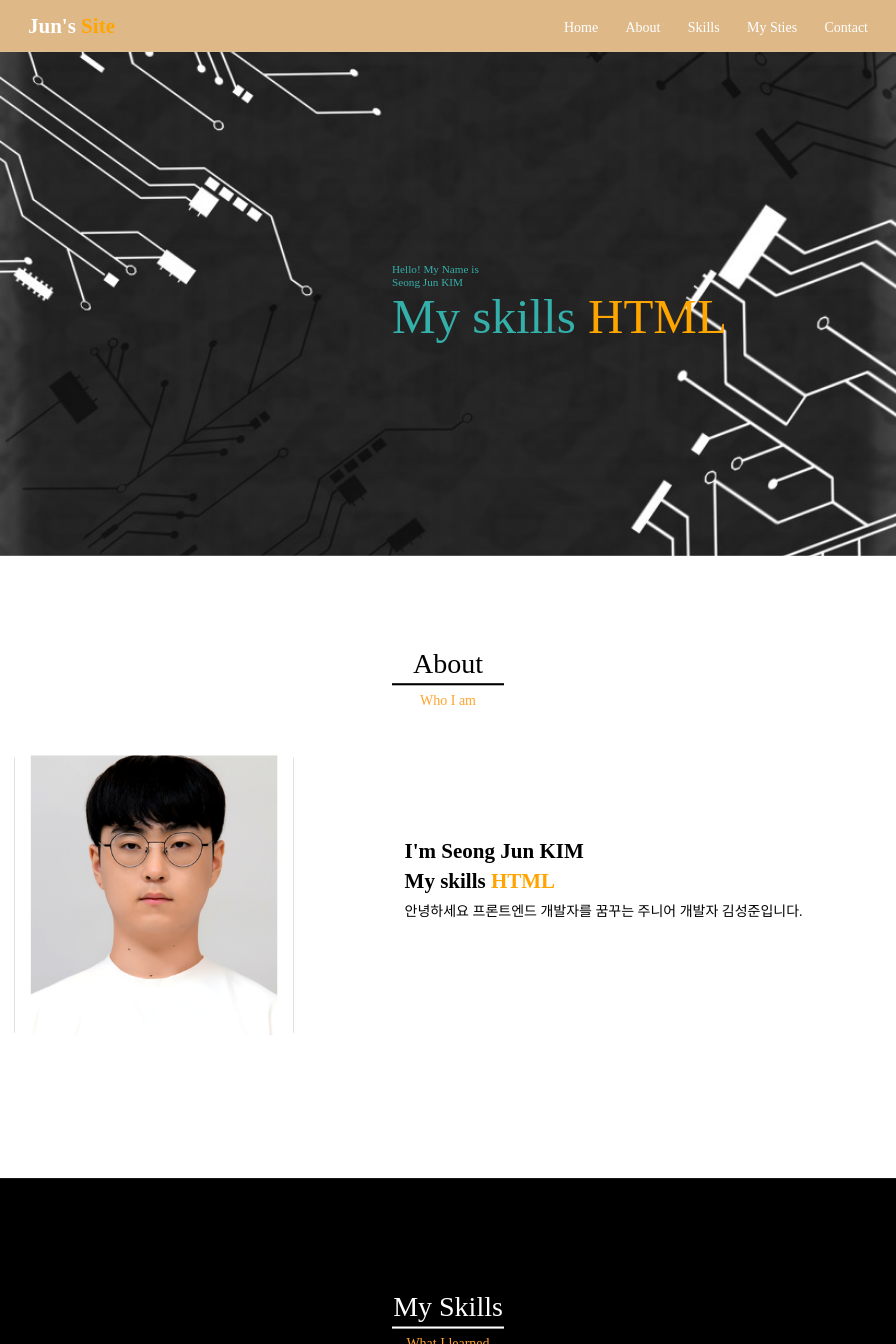
Repository: jun01270/jun
Page: index.html
These files come from the project's save history. The page is drawn as it stood at one moment and after the next save; the edit follows.
The browser window is 1280 px wide. The pictures show the part of the page from y = 0 to 1920 px (the page is 3823 px tall), at 70% of full size.
Some web libraries are served in a nearby version.

Above is the page before, as saved 2023-05-15 11:12:57.
Console error: ReferenceError: $ is not defined

### index.html
<!DOCTYPE html>
<html lang="en">
  <head>
    <meta charset="UTF-8" />
    <meta http-equiv="X-UA-Compatible" content="IE=edge" />
    <meta name="viewport" content="width=device-width, initial-scale=1.0" />
    <link rel="stylesheet" href="./css/style.css" />
    <link rel="stylesheet" href="./css/home.css" />
    <link rel="stylesheet" href="./css/about.css" />
    <link rel="stylesheet" href="./css/skills.css" />
    <link rel="stylesheet" href="./css/mysites.css" />
    <link rel="stylesheet" href="./css/contact.css" />

    <script
      src="https://kit.fontawesome.com/252eac6dbf.js"
      crossorigin="anonymous"
    ></script>
    <title>Jun's site</title>
  </head>
  <body>
    <nav class="navbar">
      <div class="max-width">
        <div class="logo">
          <a href="#home">Jun's <span>Site</span></a>
        </div>
        <ul class="menu-bar">
          <li><a href="#home" class="menu-btn" id="homeID">Home</a></li>
          <li><a href="#about" class="menu-btn" id="homeID">About</a></li>
          <li><a href="#skills" class="menu-btn">Skills</a></li>
          <li><a href="#my-sites" class="menu-btn">My Sties</a></li>
          <li><a href="#contact" class="menu-btn">Contact</a></li>
        </ul>
      </div>
    </nav>

    <!--home섹션-->
    <section class="home" id="home">
      <div class="max-width">
        <div class="home-section">
          <div class="text-1">Hello! My Name is</div>
          <div class="text-2">Seong Jun KIM</div>
          <div class="text-3">My skills <span class="typing1">HTML</span></div>
        </div>
      </div>
    </section>

    <!--about섹션-->
    <section class="about" id="about">
      <div class="max-width">
        <h2 class="title">About</h2>
        <div class="about-content">
          <div class="left-column"><img src="./img/profile.jpg" /></div>
          <div class="right-column">
            <div class="about-text">I'm Seong Jun KIM</div>
            <div class="about-skills">
              My skills <span class="typing2">HTML</span>
            </div>
            <p>
              안녕하세요 프론트엔드 개발자를 꿈꾸는 주니어 개발자 김성준입니다.
            </p>
          </div>
        </div>
      </div>
    </section>

    <!--skills섹션-->
    <section class="skills" id="skills">
      <div class="max-width">
        <h2 class="title">My Skills</h2>
        <div class="skills-content">
          <div class="left-column">
            <div class="skills-text">
              <div class="sub-title">My skills & Experience</div>
              <p>HTML, Css, js , react를 다루고 있습니다.</p>
            </div>
          </div>
          <div class="right-column">
            <div class="bars">
              <div class="bars-content">
                <span>HTML</span>
                <span>90%</span>
              </div>
              <div class="line html"></div>
            </div>
            <div class="bars">
              <div class="bars-content">
                <span>Css</span>
                <span>80%</span>
              </div>
              <div class="line css"></div>
            </div>
            <div class="bars">
              <div class="bars-content">
                <span>JavaScript</span>
                <span>80%</span>
              </div>
              <div class="line js"></div>
            </div>
            <div class="bars">
              <div class="bars-content">
                <span>React</span>
                <span>80%</span>
              </div>
              <div class="line react"></div>
            </div>
          </div>
        </div>
      </div>
    </section>

    <!--My sties섹션-->
    <section class="my-sites">
      <div class="max-width">
        <h2 class="title">My Sites</h2>
        <div class="my-sites-content">
          <div class="left-column">
            <a href="https://web-jun.tistory.com/" target="_blank">
              <div class="site">
                <div class="site-images">
                  <img src="/img/blog.jpg" alt="" />
                  <div class="site-text">BLOG</div>
                  <p>개발하는 블로그입니다.</p>
                </div>
              </div>
            </a>
          </div>
          <div class="right-column">
            <a href="https://github.com/jun01270" target="_blank">
              <div class="site">
                <div class="site-images">
                  <img src="/img/github.jpg" alt="" />
                  <div class="site-text">BLOG</div>
                  <p>깃허브 사이트입니다.</p>
                </div>
              </div>
            </a>
          </div>
        </div>
      </div>
    </section>

    <!--Contact 섹션-->
    <section class="contact">
      <div class="max-width">
        <h2 class="title">Contact me</h2>
        <div class="contact-content">
          <div class="left column">
            <div class="contact-text">My information</div>
            <p>
              동양미래대학교 컴퓨터소프트웨어공학과를 졸업하여 프론트엔드
              개발자가 되고싶은 주니어 개발자입니다.
            </p>
            <div class="icons-content">
              <i class="fas fa-user"></i>
              <div class="info">
                <div class="head">Name</div>
                <div class="tail">Seong Jun KIM</div>
              </div>
            </div>
            <div class="icons-content">
              <i class="fas fa-envelope"></i>
              <div class="info">
                <div class="head">E-mail</div>
                <div class="tail">kimsj012731@gmail.com</div>
              </div>
            </div>
            <div class="icons-content">
              <i class="fas fa-map-marked-alt"></i>
              <div class="info">
                <div class="head">Address</div>
                <div class="tail">경기도 광명시</div>
              </div>
            </div>
          </div>
          <div class="right column">
            <div class="contact-text">Message Me!</div>
            <form action="#">
              <div class="fields">
                <div class="field name">
                  <input type="text" placeholder="Name" />
                </div>
                <div class="field Email">
                  <input type="email" placeholder="E-mail" />
                </div>
              </div>
              <div class="field subject">
                <input type="text" placeholder="Subject" />
              </div>
              <div class="field contact-area">
                <textarea
                  cols="30"
                  rows="10"
                  placeholder="Contact.. "
                  required
                ></textarea>
              </div>
              <div class="button">
                <button type="submit">Send Message</button>
              </div>
            </form>
          </div>
        </div>
      </div>
    </section>

    <!--Footer섹션-->
    <footer></footer>

    <!--JS섹션-->
    <script src="./js/script.js"></script>
  </body>
</html>

### css/style.css
@import url("https://fonts.googleapis.com/css2?family=Lora&display=swap");

* {
  margin: 0;
  padding: 0;
  box-sizing: border-box;
  text-decoration: none;
}

.home .about .skills .my-sites .contact {
  padding-top: 86px;
}

html {
  scroll-behavior: smooth;
}

.max-width {
  max-width: 1300px;
  padding: 0 20px;
  margin: auto;
}

.section {
  padding: 100px 0;
}

/* .about, .skills, .my-sites, .contact, .footer{
    //폰트삽입
} */

.about .title,
.skills .title,
.my-sites .title,
.contact .title {
  position: relative;
  text-align: center;
  font-size: 40px;
  font-weight: 500;
  margin: 30px 0 100px 0;
  padding-bottom: 8px;
}

.about .title::before,
.skills .title::before,
.my-sites .title::before,
.contact .title::before {
  content: "";
  position: absolute;
  bottom: 0px;
  left: 50%;
  width: 160px;
  height: 3px;
  background-color: black;
  transform: translateX(-50%);
}

.title::after {
  content: "";
  position: absolute;
  bottom: -38px;
  left: 50%;
  font-size: 20px;
  color: rgb(255, 164, 45);
  padding: 5px;
  background-color: white;
  transform: translateX(-50%);
}

.about .about-content,
.skills .skills-content,
.my-sites .my-sites-content,
.contact .contact-content {
  display: flex;
  align-items: center;
  flex-wrap: wrap;
  justify-content: space-between;
}

.navbar {
  position: relative;
  width: 100%;
  padding: 20px 0;
  z-index: 999;
  transition: all 0.3s ease;
  background-color: burlywood;
}

.navbar .max-width {
  display: flex;
  align-items: center;
  justify-content: space-between;
}

.navbar .logo {
  font-size: 30px;
  font-weight: 600;
  margin-left: 20px;
  color: black;
}

.navbar .logo a {
  color: white;
  text-decoration: none;
}

.navbar .logo a span {
  color: orange;
  transition: all 0.3s ease;
}

.navbar .menu-bar li {
  list-style: none;
  margin: 5px 20px 0 0;
  display: inline-block;
}

.navbar .menu-bar li a {
  display: block;
  text-decoration: none;
  font-size: 20px;
  font-weight: 500;
  margin-left: 15px;
  transition: all 0.3s ease;
}

.menu-bar li:hover {
  background-color: orange;
  border-radius: 3px;
}

.navbar.sticky {
  padding: 20px 0;
  background-color: black;
}

.navbar.sticky .logo a span {
  color: white;
}

.navbar.sticky .menu-bar li a:hover {
  color: white;
}

.navbar .menu-btn {
  color: white;
  font-size: 25px;
  display: none;
  cursor: pointer;
}

@media screen and (max-width: 700px) {
  .navbar {
    flex-direction: column;
    align-items: flex-start;
    margin: 0;
  }

  .menu-bar {
    flex-direction: column;
    align-items: center;
    width: 100%;
  }

  .menu-bar li {
    width: 100%;
    text-align: center;
  }
}

### css/home.css
.home {
  display: flex;
  height: 100vh;
  min-height: 500px;
  color: rgb(52, 175, 169);
  background: url("../img/back.jpg") no-repeat center;
  background-size: cover;
}

.home .max-width {
  margin: auto 0 auto 40px;
}

.home .home-section {
  margin-left: 500px;
}

.home .home-section .text1 {
  font-size: 60px;
}

.home .home-section .text2 {
  font-size: 100px;
  font-weight: 600;
}

.home .home-section .text-3 {
  font-size: 70px;
}

.home .home-section .text-3 span {
  color: orange;
  font-weight: 500;
}

### css/about.css
.about {
  padding: 100px 0;
  transition: all 0.3s ease;
}

.about .title::after {
  content: "Who I am";
  background-color: white;
}

.about .about-content {
  margin-bottom: 100px;
}

.about .about-content .left-column {
  width: 45%;
}

.about .about-content .left-column img {
  height: 400px;
  width: 400px;
  object-fit: cover;
  border-radius: 6px;
}

.about .about-content .right-column {
  width: 55%;
  margin-bottom: 50px;
}

.about .about-content .right-column .about-text,
.about .about-content .right-column .about-skills {
  font-size: 30px;
  font-weight: 600;
  margin-bottom: 10px;
}

.about .about-content .right-column .about-skills span {
  color: orange;
}

.about .about-content .right-column P {
  text-align: justify;
  font-size: 20px;
}

### css/skills.css
.skills {
  padding: 100px 0;
  transition: all 0.3s ease;
}

.skills .title {
  padding-top: 30px;
}

.skills .title::before {
  background-color: white;
}

.skills .title::after {
  content: "What I learned";
  background-color: black;
}

.skills {
  color: white;
  background-color: black;
  padding-bottom: 100px;
}

.skills .sub-title {
  font-size: 30px;
  font-weight: 600;
  padding-bottom: 10px;
}

.skills .skills-content .left-column,
.skills .skills-content .right-column {
  width: calc(50% - 30px);
}

.skills .skills-content .left-column .skills-text {
  font-size: 23px;
  font-weight: 300;
  margin: 0 0 20px 10px;
  text-align: justify;
}

.skills .skills-content .left-column p {
  font-size: 20px;
}

.skills .skills-content .right-column .bars {
  margin-bottom: 15px;
}

.skills .skills-content .right-column .bars-content {
  display: flex;
  margin-bottom: 5px;
  align-items: center;
  justify-content: space-between;
}

.skills .skills-content span {
  font-size: 23px;
  font-weight: 600;
}

.skills .skills-content .right-column .line {
  height: 5px;
  background-color: white;
  width: 100%;
  position: relative;
}

.skills .skills-content .right-column .line::before {
  content: "";
  position: absolute;
  height: 100%;
  left: 0;
  top: 0;
  background-color: crimson;
}

.skills .skills-content .right-column .html::before {
  width: 90%;
}

.skills .skills-content .right-column .css::before {
  width: 65%;
}

.skills .skills-content .right-column .js::before {
  width: 68%;
}

.skills .skills-content .right-column .react::before {
  width: 80%;
}

### css/mysites.css
.my-sites {
  padding: 100px 0;
  transition: all 0.3s ease;
}

.my-sites .title::after {
  content: "What Is My Site ";
}

.my-sites .my-sites-content {
  margin-bottom: 100px;
}

.my-sites .my-sites-content .left-column {
  margin-left: 20%;
}

.my-sites .my-sites-content .right-column {
  margin-right: 20%;
}

.my-sites .my-sites-content a {
  display: flex;
  text-align: center;
  color: black;
}

.my-sites .my-sites-content a,
.my-sites .my-sites-content a:visited,
.my-sites .my-sites-content a:active,
.my-sites .my-sites-content a:hover {
  text-decoration: none;
}

.my-sites .my-sites-content .site {
  background-color: white;
  border-radius: 6px;
  padding: 25px 35px;
  transition: all 0.3s ease;
}

.my-sites .my-sites-content .site img {
  height: 150px;
  width: 150px;
  object-fit: cover;
  border-radius: 50%;
  border: 5px solid rgb(255, 164, 45);
  transition: all 0.3 ease;
}

.my-sites .my-sites-content .site-text {
  font-size: 25px;
  font-weight: 600;
}

.my-sites .my-sites-content p {
  font-size: 18px;
  text-align: justify;
}

.my-sites .my-sites-content .site:hover {
  background-color: rgb(25, 8, 53);
  color: white;
  transform: scale(1.05);
}

.my-sites .my-sites-content .site:hover img {
  border-color: white;
}

### css/contact.css
.contact {
  color: white;
  background-color: rgb(25, 8, 53);
  padding-bottom: 50px;
  padding: 100px 0;
  transition: all 0.3s ease;
}

.contact .title {
  padding-top: 40px;
  margin-bottom: 120px;
  color: white;
}

.contact .title::before {
  background-color: white;
}

.contact .title::after {
  content: "How to Contact Me";
  background-color: rgb(25, 8, 53);
}

.contact .contact-content .column {
  width: 45%;
}

.contact .contact-content .contact-text {
  font-size: 25px;
  font-weight: 600;
  padding-bottom: 10px;
}

.contact .contact p {
  font-size: 15px;
  text-align: justify;
}

.contact .contact-content .left .icons {
  margin: 15px 0;
}

.contact .contact-content .icons-content {
  display: flex;
  align-items: center;
  height: 60px;
}

.contact .contact-content .icons-content i {
  margin-right: 20px;
  font-size: 25px;
  color: rgb(255, 164, 45);
}

.contact .contact-content .icons-content .info .head {
  font-weight: 600;
  font-size: 15px;
}

.contact .contact-content .icons-content .info .tail {
  color: rgb(230, 220, 220);
}

.contact .contact-content .fields {
  display: flex;
}

.contact .contact-content .field,
.contact .contact-content .fields .field {
  height: 40px;
  width: 100%;
  margin-bottom: 15px;
}

.contact .contact-content .right {
  margin-bottom: 50px;
}

.contact .contact-content .right .contact-area {
  height: 80px;
  width: 100%;
}

.contact .right form .name {
  margin-right: 10px;
}

.contact .right form .email {
  margin-left: 10px;
}

.contact .right form .field input,
.contact .right form .contact-area textarea {
  height: 100%;
  width: 100%;
  border: 1px solid rgb(255, 164, 45);
  border-radius: 6px;
  outline: none;
  padding: 0 15px;
  font-size: 15px;
}

.contact .right form .contact-area textarea {
  padding-top: 10px;
  resize: none;
}

.contact .right form .button {
  height: 40px;
  width: 120px;
}

.contact .right form .button button {
  width: 100%;
  height: 100%;
  border: 2px solid rgb(255, 164, 45);
  background-color: rgb(255, 164, 45);
  border-radius: 6px;
  font-size: 15px;
  font-weight: 600;
  transition: all 0.3s ease;
}

.contact .right form .button button:hover {
  color: rgb(255, 164, 45);
  background: none;
}

### js/script.js
$(document).ready(function () {
  $(window).scroll(function () {
    if (this.scrollY > 20) {
      $("navbar").addClass("sticky");
    } else {
      $("navbar").removeClass("sticky");
    }
  });
});

$(".menu-btn").click(function () {
  $(".navbar .menu-bar").toggleClass("active");
  $("menu-btn i").toggleClass("active");
});

var typed = new Typed(".typing1", {
  strings: ["HTML", "Css", "Java Script", "React"],
  typeSpeed: 100,
  backSpeed: 60,
  loop: true,
});

After the next save:
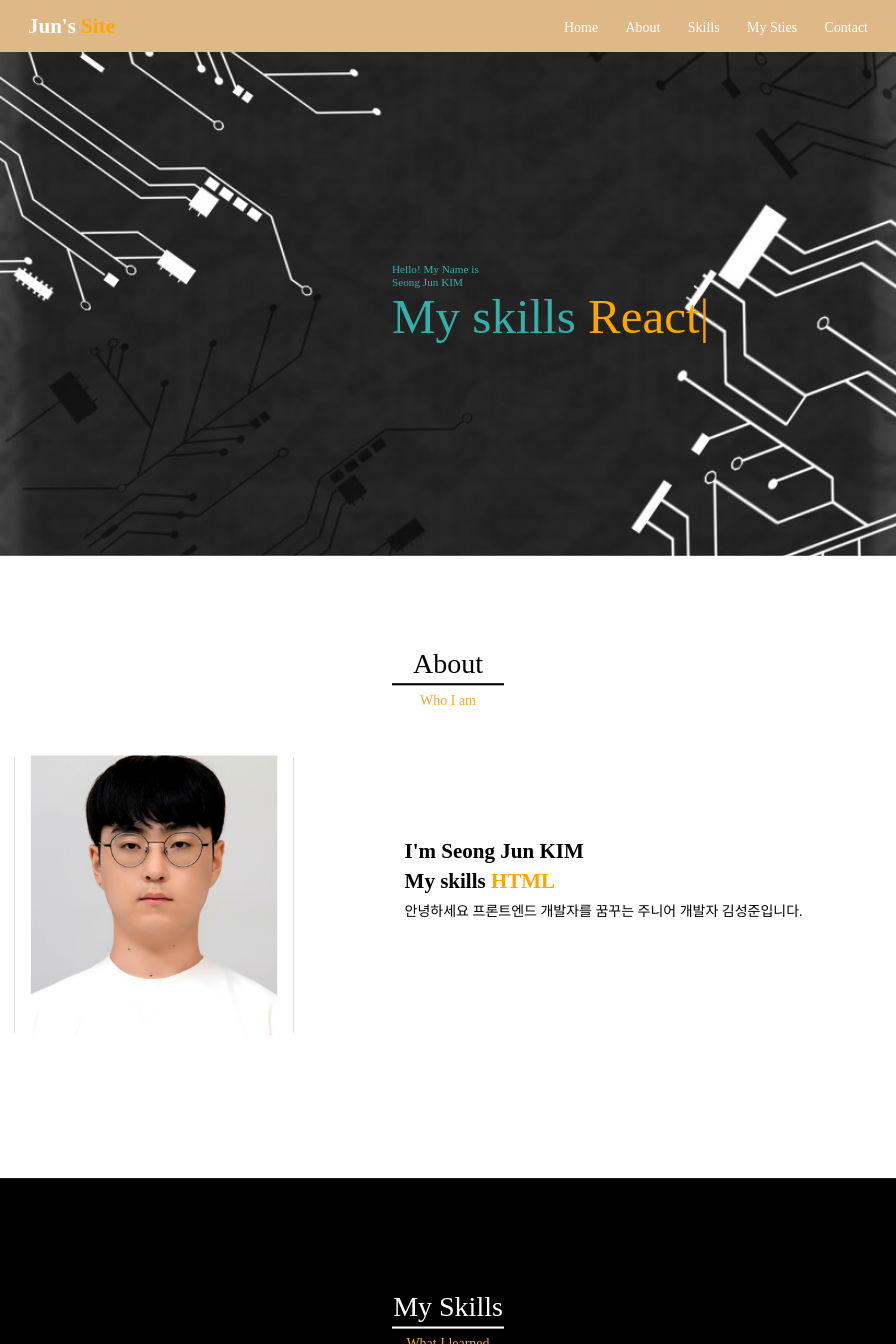
The error is gone.
Saved 7 min 52 s later.
--- a/index.html
+++ b/index.html
@@ -10,11 +10,12 @@
     <link rel="stylesheet" href="./css/skills.css" />
     <link rel="stylesheet" href="./css/mysites.css" />
     <link rel="stylesheet" href="./css/contact.css" />
-
     <script
       src="https://kit.fontawesome.com/252eac6dbf.js"
       crossorigin="anonymous"
     ></script>
+    <script src="https://code.jquery.com/jquery-3.6.0.min.js"></script>
+    <script src="https://cdnjs.cloudflare.com/ajax/libs/typed.js/2.0.12/typed.min.js"></script>
     <title>Jun's site</title>
   </head>
   <body>
